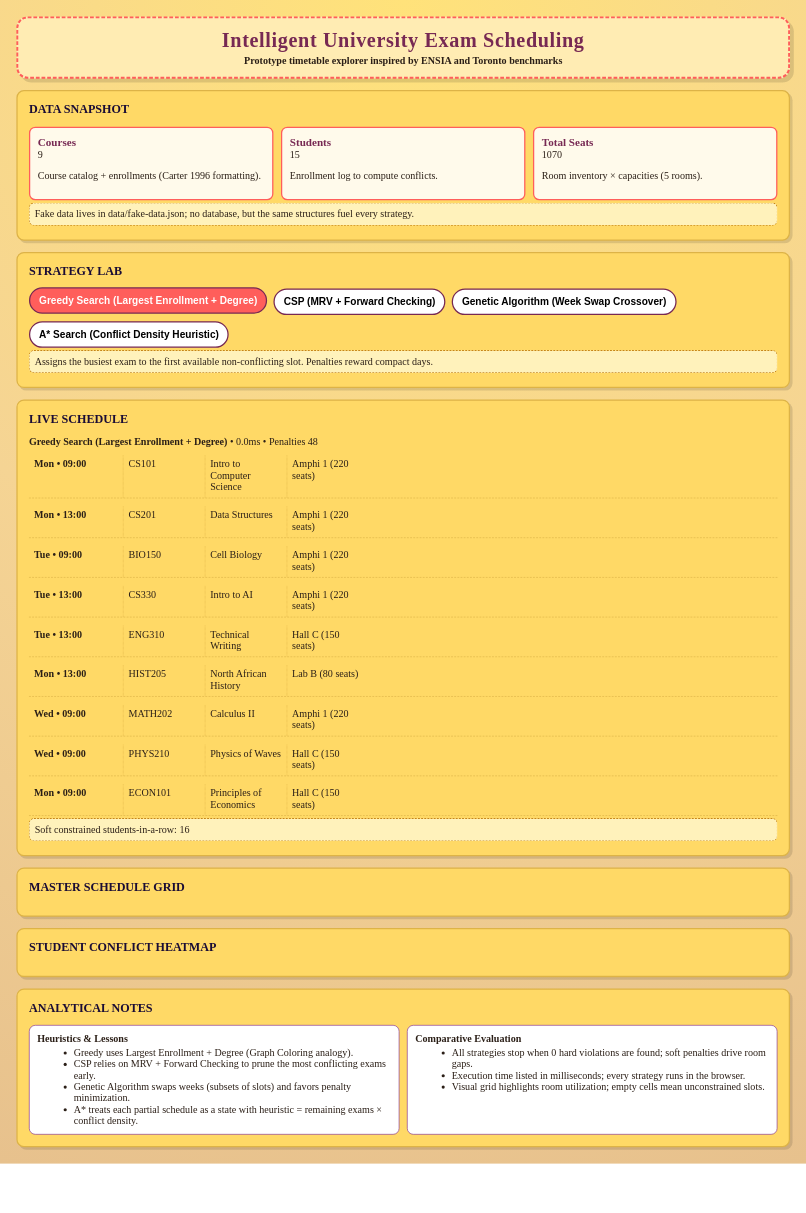
Repository: tarikko/AIExamScheduler
Page: index.html
The author's editor kept a copy of each file at every save. The page is drawn from the files as they stood at one save, then again after the next save.
The browser window is 1280 px wide. The pictures show the whole page, at 63% of full size.

Above is the page before, as saved 2026-02-23 22:02:04.
Console error: ReferenceError: data is not defined

After the next save:
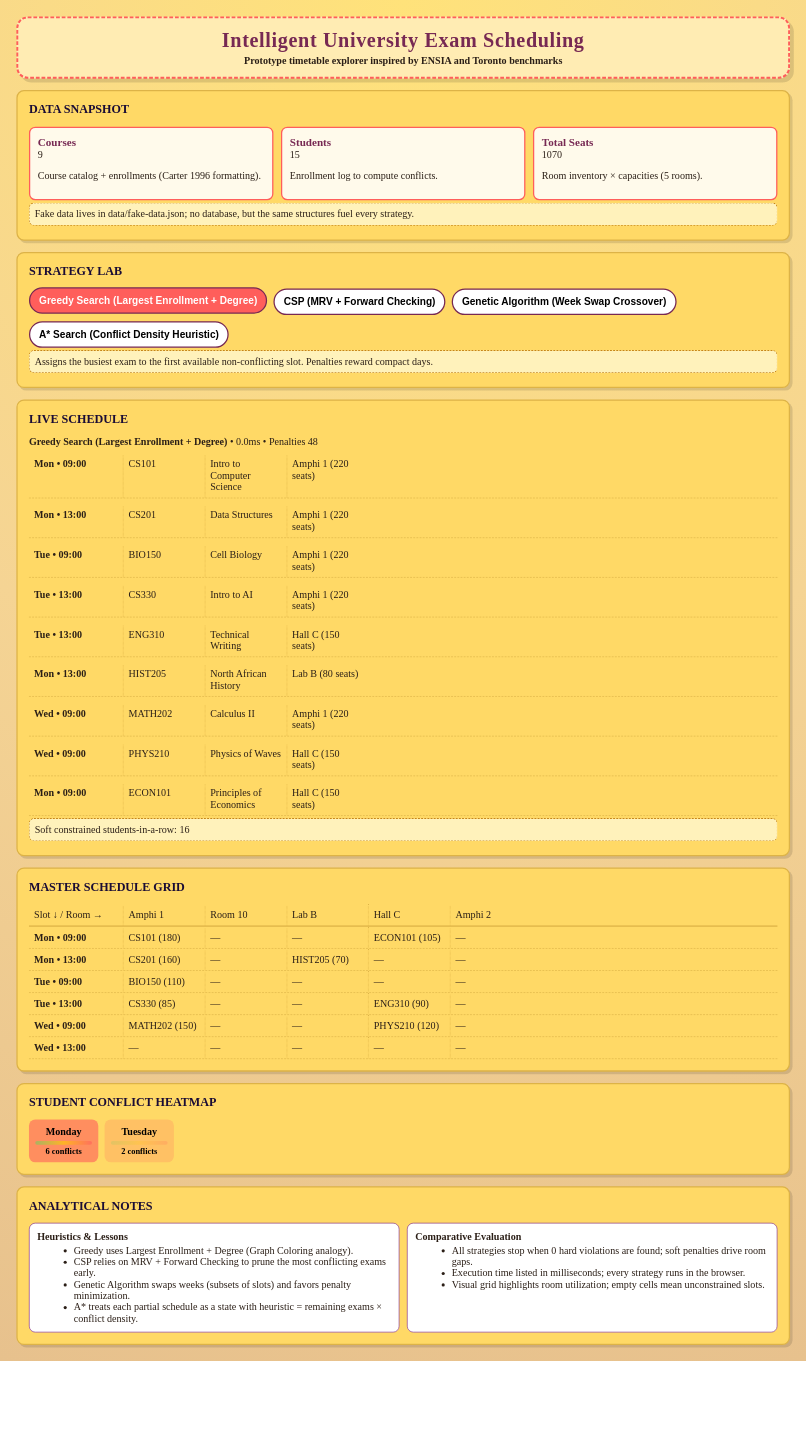
The error is gone.
Saved 11 s later.
--- a/index.html
+++ b/index.html
@@ -597,7 +597,7 @@
       const header = document.createElement('div');
       header.className = 'grid-header';
       header.innerHTML = `<div class="grid-cell">Slot ↓ / Room →</div>` +
-        data.rooms.map(room => `<div class="grid-cell">${room.name}</div>`).join('');
+        dataset.rooms.map(room => `<div class="grid-cell">${room.name}</div>`).join('');
       container.appendChild(header);
 
       timeSlots.forEach(slot => {
@@ -605,7 +605,7 @@
         row.className = 'grid-row';
         const cells = [
           `<div class="grid-cell slot-label">${slot.label}</div>`,
-          ...data.rooms.map(room => {
+          ...dataset.rooms.map(room => {
             const match = assignments.find(
               assignment => assignment.slot.id === slot.id && assignment.room.name === room.name
             );
